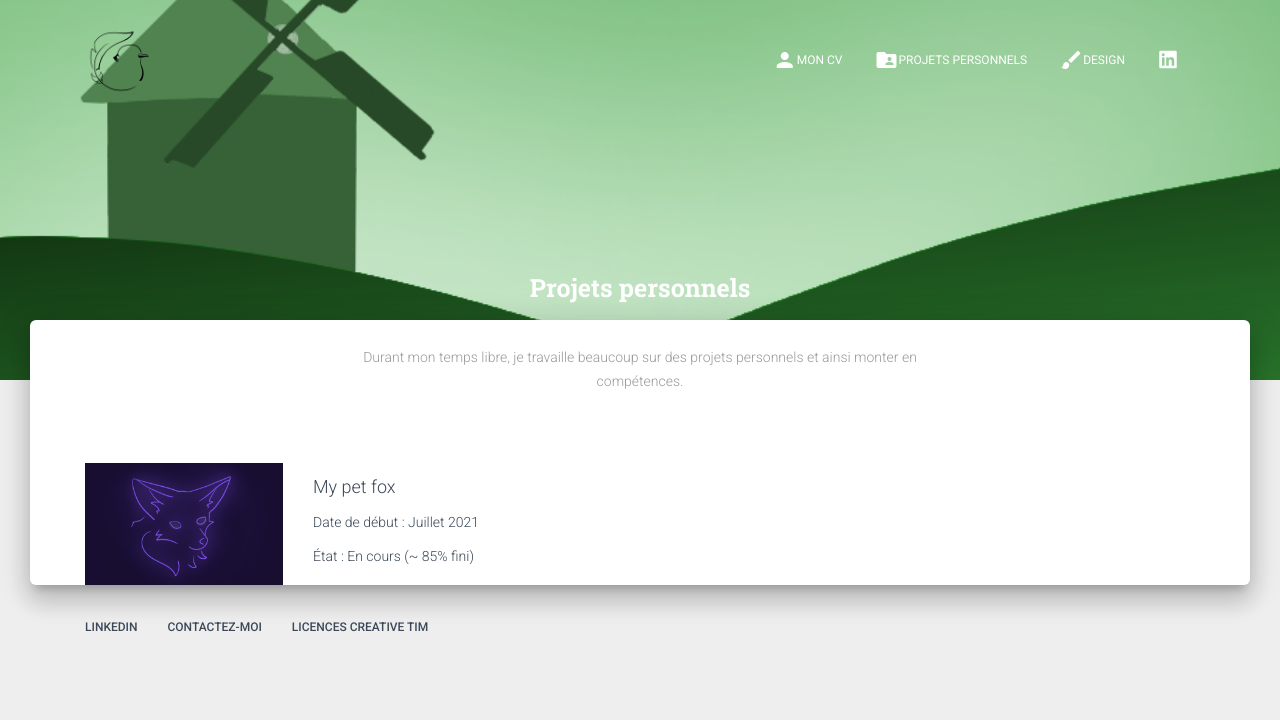
Repository: sdeschaepmeester/NewPortfolio
Page: /#/projects
These files come from the project's save history. The page is drawn as it stood at one moment and after the next save; the edit follows.
The browser window is 1280 px wide. The pictures show the whole page.
Some web libraries are served in a nearby version. The project was rebuilt for these pictures with package versions that can differ from the ones it lists, and the page was loaded fresh each time. Also part of the build but not shown: vue.config.js, src/views/components/APropos.vue, src/views/components/NavigationSection.vue, src/views/components/SmallNavigationSection.vue, src/components/Dropdown.vue, src/components/Pagination.vue, src/components/Slider.vue, src/components/Badge.vue and 15 more.

Above is the page before, as saved 2022-07-11 18:32:45.

After the next save:
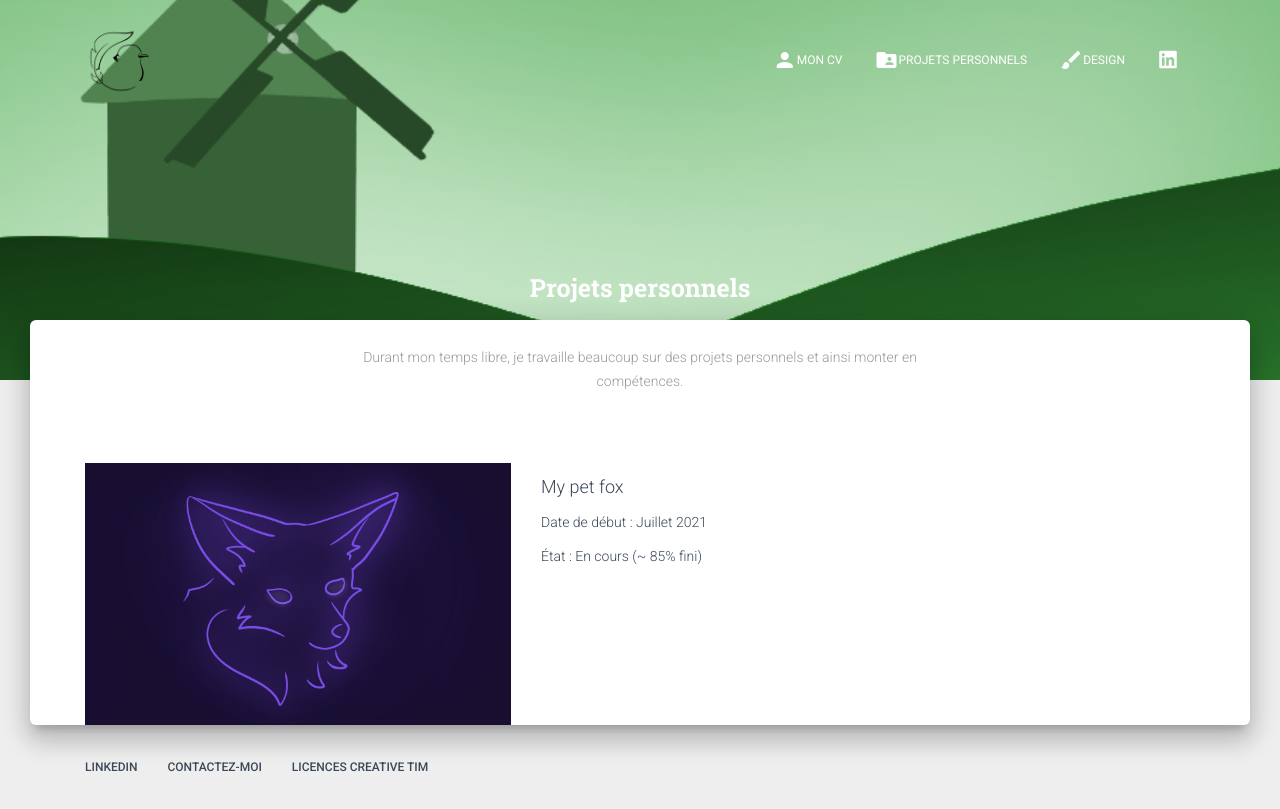
Saved 10 s later.
--- a/src/views/Projects.vue
+++ b/src/views/Projects.vue
@@ -27,7 +27,7 @@
 
       <div class="md-layout">
         <div
-          class="md-layout-item md-size-20 md-xsmall-size-100"
+          class="md-layout-item md-size-40 md-xsmall-size-100"
         >
           <img
             :src="require('@/assets/img/drawing/neon-fox.png')"
